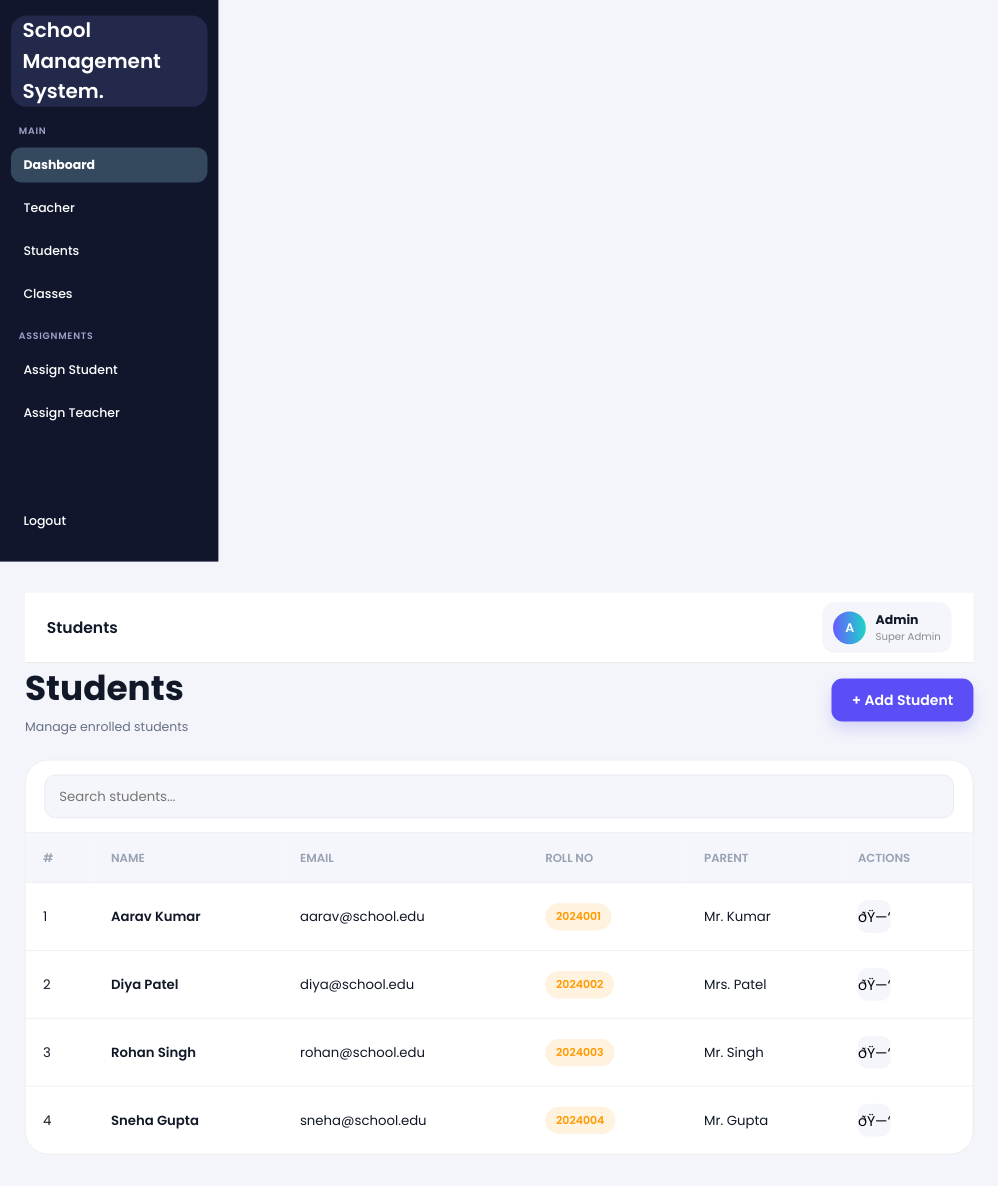
Repository: rohit-rk-07/school_management_system
Page: http://localhost/School_Management_System/admin/addstudent.jsp
An editor plug-in stored every save of this project. The page is shown before and after the next save, followed by the edit.
The browser window is 1280 px wide. The pictures show the whole page, at 78% of full size.
The page is served by Tomcat 10.

Above is the page before, as saved 2026-05-19 11:03:02.

After the next save:
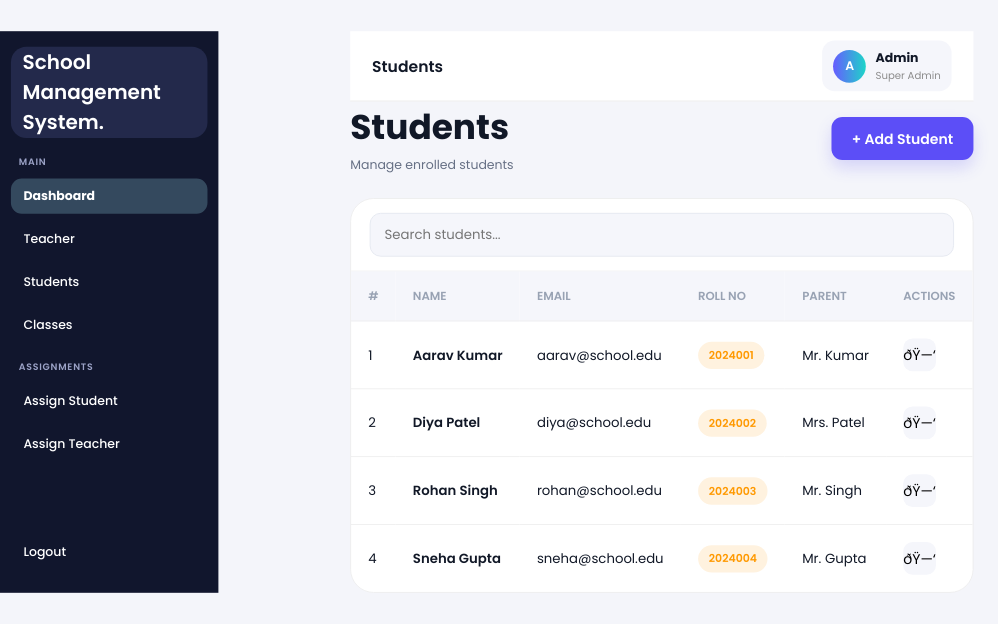
Saved 78 s later.
--- a/School_Management_System/src/main/webapp/admin/addstudent.jsp
+++ b/School_Management_System/src/main/webapp/admin/addstudent.jsp
@@ -25,7 +25,10 @@
         body{
             background:#f4f5fb;
             color:#111827;
-
+            display: flex;
+            flex-direction: row;
+            justify-content: space-between;
+            align-items: center;
         }
 
         /* =========================
